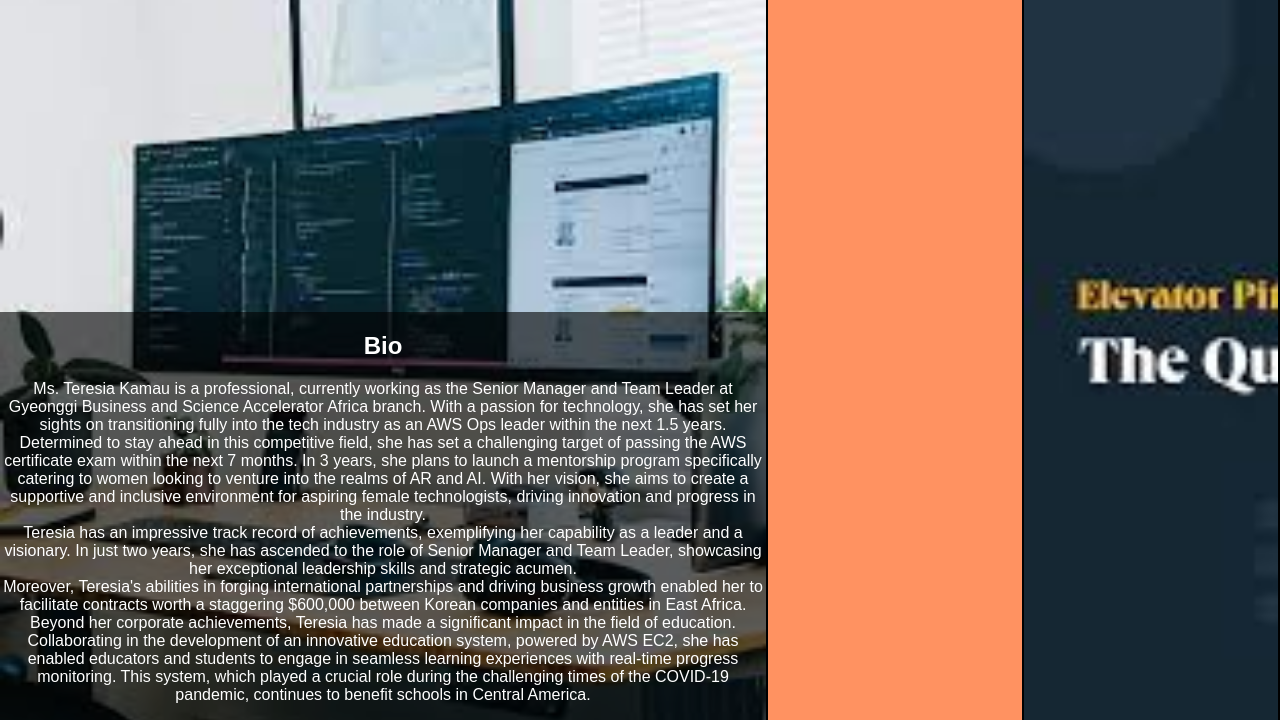
Repository: tessa5/developerPortfolio
Page: public/bio.html
An editor plug-in stored every save of this project. The page is shown before and after the next save, followed by the edit.
The browser window is 1280 px wide. The pictures show the whole page.

Above is the page before, as saved 2023-08-08 15:22:00.

After the next save:
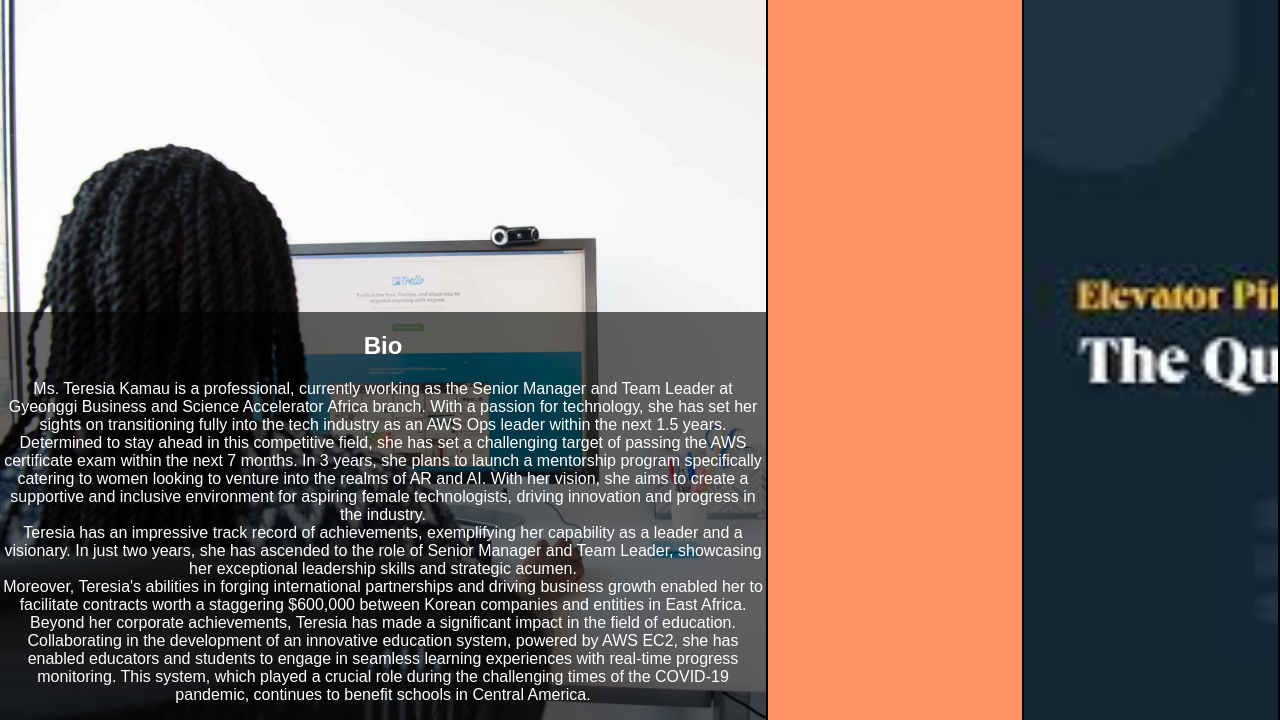
Saved 9 s later.
--- a/public/assets/styles/bio.css
+++ b/public/assets/styles/bio.css
@@ -27,7 +27,7 @@ ul li {
 }
 
 ul li:nth-child(1){
-    background-image: url(../../assets/images/bio.jfif);
+    background-image: url(../../assets/images/bio.jpg);
     background-size:cover;
     background-position:left;
 }
